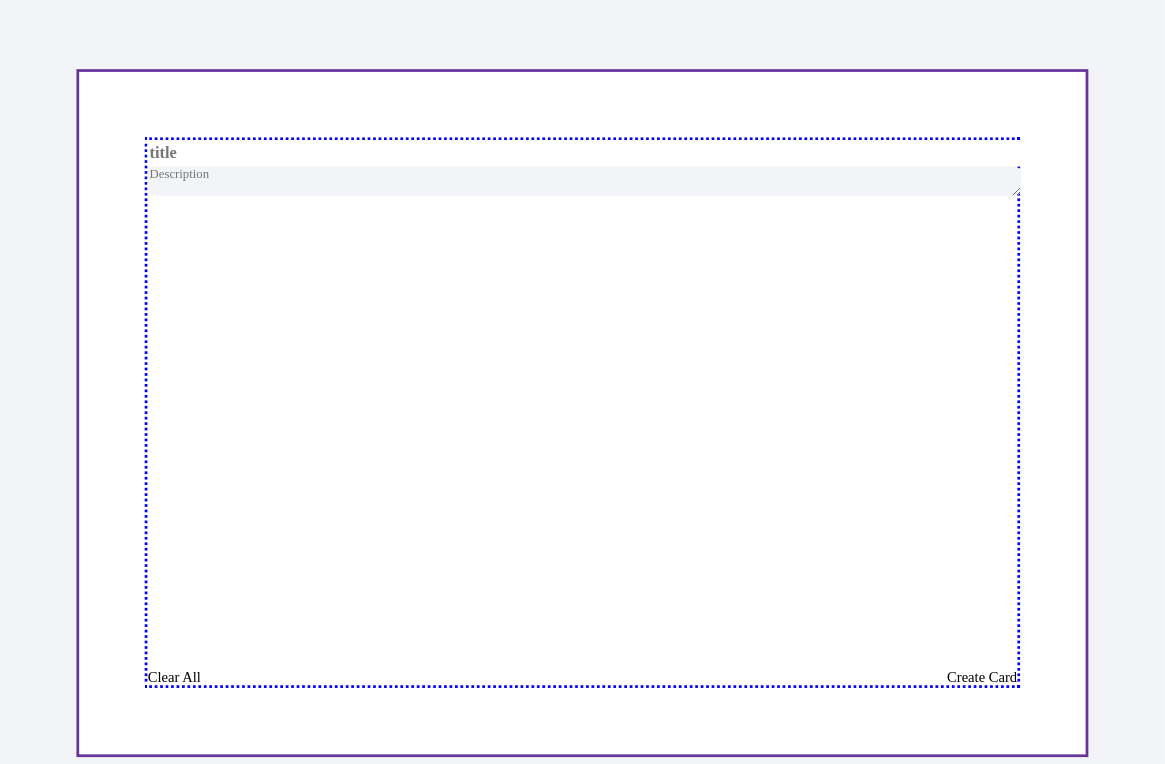
Repository: ReyhanehRahmani/TO-DO
Page: index.html
These files come from the project's save history. The page is drawn as it stood at one moment and after the next save; the edit follows.
The browser window is 1280 px wide. The pictures show the whole page, at 91% of full size.

Above is the page before, as saved 2025-06-07 22:29:03.

After the next save:
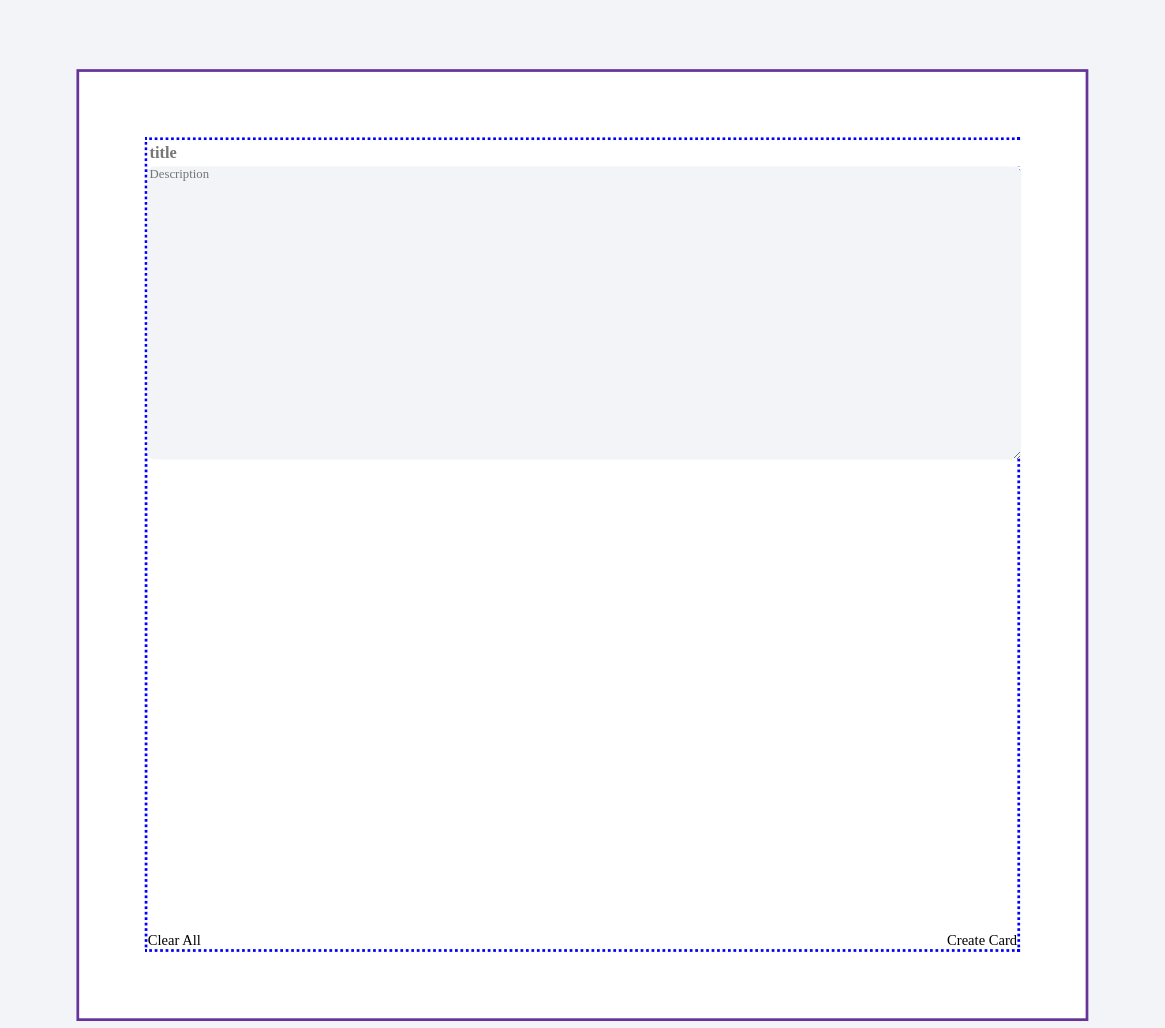
Saved 18 s later.
--- a/style.css
+++ b/style.css
@@ -38,7 +38,7 @@ body{
     font-size: 14px;
     line-height: 100%;
     letter-spacing: -3%;
-    height: 29.182879377%;
+    height: 318px;
     border-radius: 8px;
     background: #F2F4F7;
 
